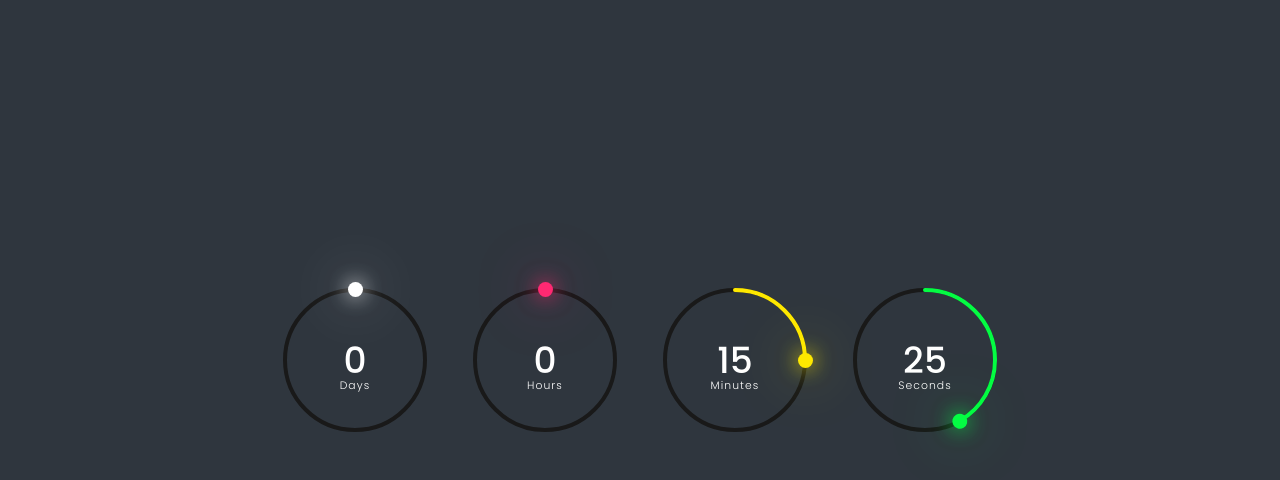
Repository: northpx/happyNY
Page: index.html
An editor plug-in stored every save of this project. The page is shown before and after the next save, followed by the edit.
The browser window is 1280 px wide. The pictures show the whole page.

Above is the page before, as saved 2022-12-31 13:39:21.

After the next save:
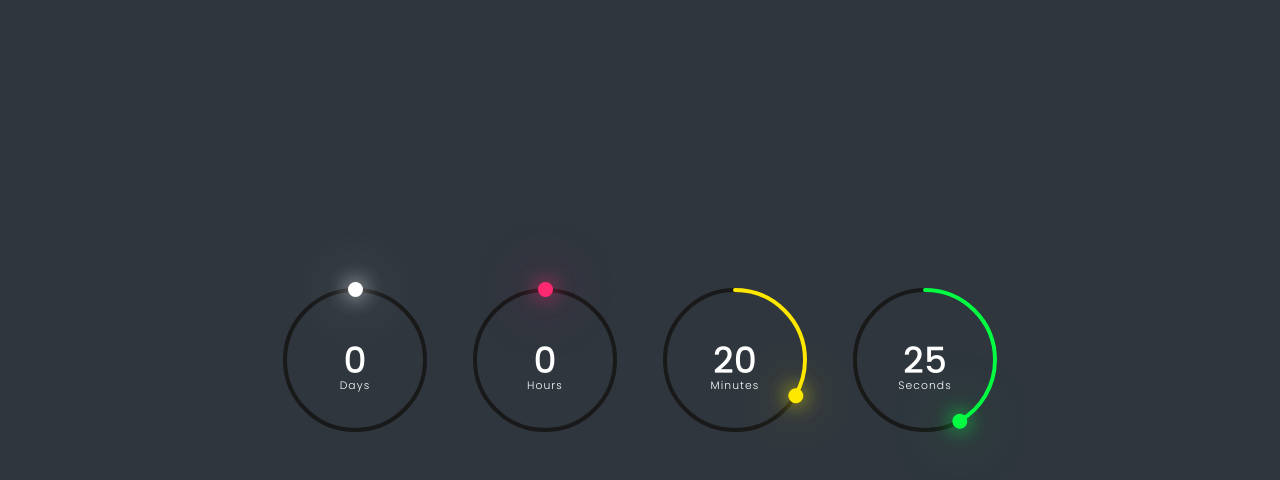
Saved 74 s later.
--- a/index.html
+++ b/index.html
@@ -244,7 +244,7 @@
         let min_dot = document.querySelector(".min_dot")
         let sec_dot = document.querySelector(".sec_dot")
 
-        let endDate = '12/31/2022 13:42:00'
+        let endDate = '12/31/2022 13:47:00'
 
         let x = setInterval(function(){
             let now = new Date(endDate).getTime();
